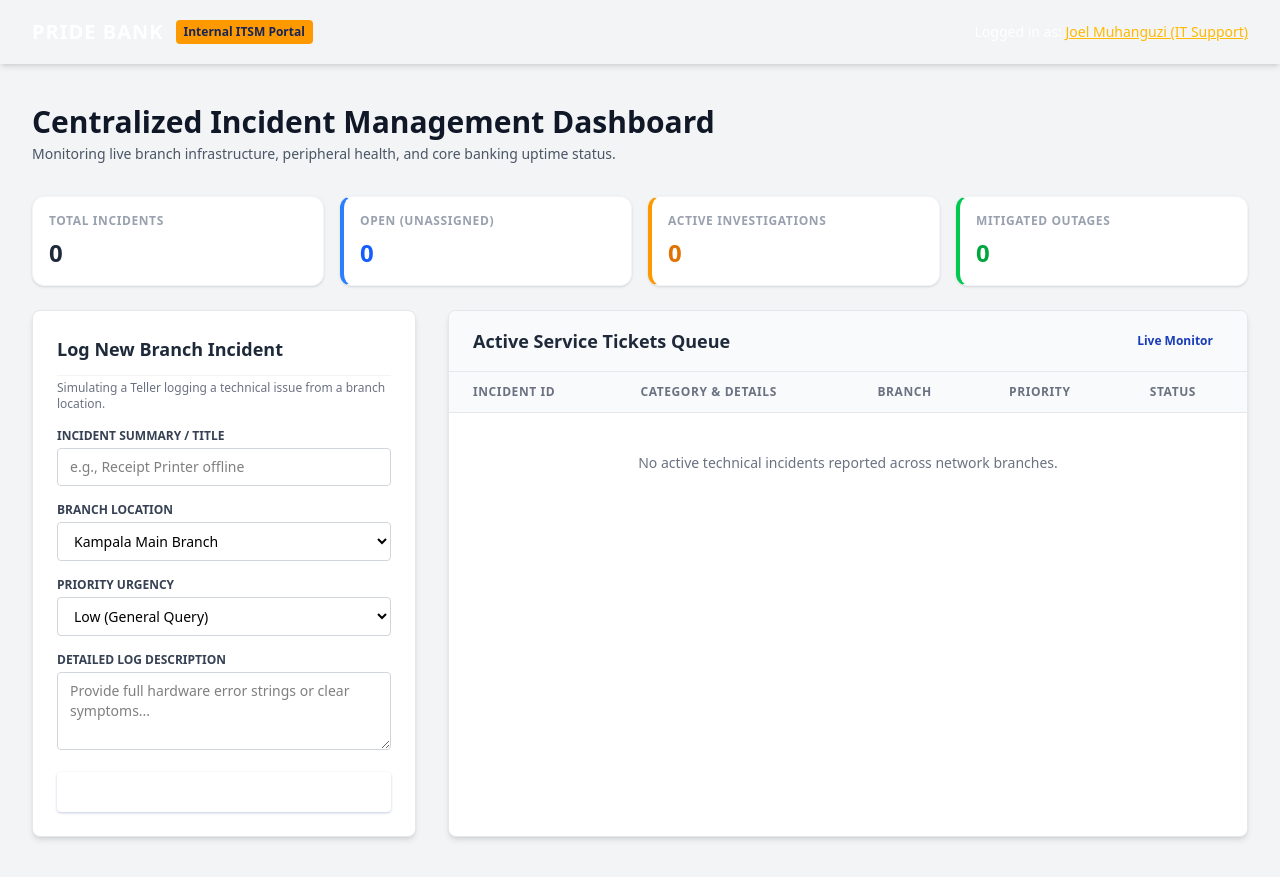
Repository: JOELAGABA/Ticket-reporting-system-for-bank-IT-support-environment-
Page: http://localhost/dashboard
An editor plug-in stored every save of this project. The page is shown before and after a run of saves, followed by the edit.
The browser window is 1280 px wide. The pictures show the whole page.
The page is served by the project's Laravel application, run on PHP 8.4 with Laravel 12. Other server files are loaded and not shown. Queries for data that is not in the repository find no rows.

Above is the page before, as saved 2026-07-13 10:31:04.

### routes/web.php
<?php

use Illuminate\Support\Facades\Route;
use App\Http\Controllers\TicketController;

Route::get('/', function () {
    return view('welcome');
});

// The main IT dashboard view route
Route::get('/dashboard', [TicketController::class, 'index'])->name('dashboard');
// Route for submitting a new IT incident ticket
Route::post('/tickets', [TicketController::class, 'store'])->name('tickets.store');
// Route for updating an incident's operational status inline
Route::patch('/tickets/{ticket}/status', [TicketController::class, 'updateStatus'])->name('tickets.updateStatus');

### app/Http/Controllers/TicketController.php
<?php

namespace App\Http\Controllers;

use App\Models\Ticket;
use App\Models\User;
use Illuminate\Http\Request;

class TicketController extends Controller
{
    /**
     * Display the IT Support Dashboard.
     */
    /**
     * Display the IT Support Dashboard with real-time metrics counters.
     */
    public function index()
    {
        // 1. Fetch all tickets
        $tickets = Ticket::with(['creator', 'assignee'])->orderBy('priority', 'desc')->get();

        // 2. Compute dynamic operational metrics
        $metrics = [
            'total'       => $tickets->count(),
            'open'        => $tickets->where('status', 'Open')->count(),
            'in_progress' => $tickets->where('status', 'In Progress')->count(),
            'resolved'    => $tickets->where('status', 'Resolved')->count(),
        ];

        return view('dashboard', compact('tickets', 'metrics'));
    }

    /**
     * Store a newly created incident ticket in the database.
     */
    public function store(Request $request)
    {
        // 1. Validate the incoming form data
        $validated = $request->validate([
            'title' => 'required|string|max:255',
            'description' => 'required|string',
            'branch_location' => 'required|string|max:255',
            'priority' => 'required|in:Low,Medium,High,Critical',
        ]);

        // 2. Mock the currently logged-in creator for the prototype.
        // We will default this to Sarah (the Teller user we seeded) to simulate a branch reporting it.
        $teller = User::where('role', 'Teller')->first();

        // 3. Create the ticket record
        Ticket::create([
            'title' => $validated['title'],
            'description' => $validated['description'],
            'branch_location' => $validated['branch_location'],
            'priority' => $validated['priority'],
            'status' => 'Open',
            'category' => 'Hardware Outage',
            'user_id' => $teller ? $teller->id : 1,
            'assigned_to' => null,
        ]);

        // 4. Redirect back to the dashboard with a success banner notice
        return redirect()->route('dashboard')->with('success', 'Incident ticket logged successfully into central systems!');
    }

    /**
     * Update the operational status of an existing incident ticket inline.
     */
    public function updateStatus(Request $request, Ticket $ticket)
    {
        // 1. Validate that the incoming status is one of our allowed lifecycle steps
        $validated = $request->validate([
            'status' => 'required|in:Open,In Progress,Resolved',
        ]);

        // 2. If the ticket is being worked on or resolved, assign it to the IT technician.
        // We will default this to the IT Support user for simulation purposes.
        if ($validated['status'] !== 'Open' && !$ticket->assigned_to) {
            $itStaff = User::where('role', 'IT Support')->first();
            $ticket->assigned_to = $itStaff ? $itStaff->id : null;
        } elseif ($validated['status'] === 'Open') {
            // If flipped back to open, clear the assignee
            $ticket->assigned_to = null;
        }

        // 3. Save the status change
        $ticket->update([
            'status' => $validated['status']
        ]);

        // 4. Redirect back to monitor view with a notification
        return redirect()->route('dashboard')->with('success', "Ticket #INC-" . str_pad($ticket->id, 4, '0', STR_PAD_LEFT) . " lifecycle status modified!");
    }
}

### app/Models/ticket.php
<?php

namespace App\Models;

use Illuminate\Database\Eloquent\Factories\HasFactory;
use Illuminate\Database\Eloquent\Model;
use Illuminate\Database\Eloquent\Relations\BelongsTo;
use Illuminate\Database\Eloquent\Relations\HasMany;

class Ticket extends Model
{
    use HasFactory;

    protected $fillable = [
        'title', 'description', 'category', 'priority', 'status', 'branch_location', 'user_id', 'assigned_to'
    ];

    // The Teller who created the ticket
    public function creator(): BelongsTo
    {
        return $this->belongsTo(User::class, 'user_id');
    }

    // The IT Support Staff assigned to it
    public function assignee(): BelongsTo
    {
        return $this->belongsTo(User::class, 'assigned_to');
    }

    // The comments attached to this ticket
    public function comments(): HasMany
    {
        return $this->hasMany(TicketComment::class);
    }
}

### resources/views/dashboard.blade.php
<!DOCTYPE html>
<html lang="en">
<head>
    <meta charset="UTF-8">
    <meta name="viewport" content="width=device-width, initial-scale=1.0">
    <title>Pride Bank - Internal IT Support Portal</title>
    <script src="https://cdn.jsdelivr.net/npm/@tailwindcss/browser@4"></script>
</head>
<body class="bg-gray-100 font-sans antialiased">

    <!-- Top Navigation Bar -->
    <nav class="bg-emrald-800 text-white shadow-md">
        <div class="max-w-7xl mx-auto px-4 sm:px-6 lg:px-8">
            <div class="flex items-center justify-between h-16">
                <div class="flex items-center">
                    <span class="text-xl font-bold tracking-wider">PRIDE BANK</span>
                    <span class="ml-3 px-2 py-1 text-xs bg-amber-500 text-blue-950 font-semibold rounded">Internal ITSM Portal</span>
                </div>
                <div class="text-sm font-medium">
                    Logged in as: <span class="underline text-amber-400">Joel Muhanguzi (IT Support)</span>
                </div>
            </div>
        </div>
    </nav>

    <!-- Main Content Layout -->
    <main class="max-w-7xl mx-auto py-10 px-4 sm:px-6 lg:px-8">

        <!-- Welcome Header -->
        <div class="mb-8">
            <h1 class="text-3xl font-bold text-gray-900">Centralized Incident Management Dashboard</h1>
            <p class="text-sm text-gray-600 mt-1">Monitoring live branch infrastructure, peripheral health, and core banking uptime status.</p>
        </div>

        <!-- System Success Alerts -->
        @if(session('success'))
            <div class="mb-6 p-4 bg-green-100 border-l-4 border-green-500 text-green-700 rounded shadow-sm text-sm font-medium">
                {{ session('success') }}
            </div>
        @endif

        <!-- Real-Time Infrastructure Health Metrics Grid -->
<div class="grid grid-cols-1 md:grid-cols-4 gap-4 mb-6">
    <!-- Total Tickets -->
    <div class="bg-white p-4 rounded-xl border border-gray-100 shadow-sm flex flex-col justify-between">
        <span class="text-xs font-semibold text-gray-400 uppercase tracking-wider">Total Incidents</span>
        <span class="text-2xl font-bold text-gray-800 mt-2">{{ $metrics['total'] }}</span>
    </div>

    <!-- Open Tickets -->
    <div class="bg-white p-4 rounded-xl border border-l-4 border-l-blue-500 border-gray-100 shadow-sm flex flex-col justify-between">
        <span class="text-xs font-semibold text-gray-400 uppercase tracking-wider">Open (Unassigned)</span>
        <span class="text-2xl font-bold text-blue-600 mt-2">{{ $metrics['open'] }}</span>
    </div>

    <!-- In Progress Tickets -->
    <div class="bg-white p-4 rounded-xl border border-l-4 border-l-amber-500 border-gray-100 shadow-sm flex flex-col justify-between">
        <span class="text-xs font-semibold text-gray-400 uppercase tracking-wider">Active Investigations</span>
        <span class="text-2xl font-bold text-amber-600 mt-2">{{ $metrics['in_progress'] }}</span>
    </div>

    <!-- Resolved Tickets -->
    <div class="bg-white p-4 rounded-xl border border-l-4 border-l-green-500 border-gray-100 shadow-sm flex flex-col justify-between">
        <span class="text-xs font-semibold text-gray-400 uppercase tracking-wider">Mitigated Outages</span>
        <span class="text-2xl font-bold text-green-600 mt-2">{{ $metrics['resolved'] }}</span>
    </div>
</div>

        <!-- Grid Layout for Form & Live Monitor -->
        <div class="grid grid-cols-1 lg:grid-cols-3 gap-8">

            <!-- Left Side: Incident Reporting Form Card -->
            <div class="bg-white shadow-md rounded-lg border border-gray-200 p-6 h-fit">
                <h2 class="text-lg font-bold text-gray-800 mb-1 border-b border-gray-100 pb-3">Log New Branch Incident</h2>
                <p class="text-xs text-gray-500 mb-4">Simulating a Teller logging a technical issue from a branch location.</p>

                <form action="{{ route('tickets.store') }}" method="POST" class="space-y-4">
                    @csrf
                    <div>
                        <label class="block text-xs font-semibold text-gray-700 uppercase mb-1">Incident Summary / Title</label>
                        <input type="text" name="title" placeholder="e.g., Receipt Printer offline" required
                            class="w-full text-sm border border-gray-300 rounded px-3 py-2 focus:outline-none focus:border-blue-500">
                    </div>

                    <div>
                        <label class="block text-xs font-semibold text-gray-700 uppercase mb-1">Branch Location</label>
                        <select name="branch_location" required class="w-full text-sm border border-gray-300 rounded px-3 py-2 focus:outline-none focus:border-blue-500">
                            <option value="Kampala Main Branch">Kampala Main Branch</option>
                            <option value="Jinja Branch">Jinja Branch</option>
                            <option value="Entebbe Branch">Entebbe Branch</option>
                            <option value="Mbarara Branch">Mbarara Branch</option>
                        </select>
                    </div>

                    <div>
                        <label class="block text-xs font-semibold text-gray-700 uppercase mb-1">Priority Urgency</label>
                        <select name="priority" required class="w-full text-sm border border-gray-300 rounded px-3 py-2 focus:outline-none focus:border-blue-500">
                            <option value="Low">Low (General Query)</option>
                            <option value="Medium">Medium (Operational Flaw)</option>
                            <option value="High">High (Hardware Outage)</option>
                            <option value="Critical">Critical (Core System Down)</option>
                        </select>
                    </div>

                    <div>
                        <label class="block text-xs font-semibold text-gray-700 uppercase mb-1">Detailed Log Description</label>
                        <textarea name="description" rows="3" placeholder="Provide full hardware error strings or clear symptoms..." required
                            class="w-full text-sm border border-gray-300 rounded px-3 py-2 focus:outline-none focus:border-blue-500"></textarea>
                    </div>

                    <button type="submit" class="w-full bg-emrald-900 text-white hover:bg-emrald-800 font-semibold text-sm py-2.5 px-4 rounded transition-colors shadow shadow-blue-900/20">
                        Dispatch to IT Queue
                    </button>
                </form>
            </div>

            <!-- Right Side: Active Service Tickets Monitor Table -->
            <div class="lg:grid-cols-1 lg:col-span-2 bg-white shadow-md rounded-lg overflow-hidden border border-gray-200">
                <div class="bg-gray-50 px-6 py-4 border-b border-gray-200 flex justify-between items-center">
                    <h2 class="text-lg font-semibold text-gray-800">Active Service Tickets Queue</h2>
                    <span class="px-2.5 py-0.5 text-xs font-semibold bg-emrald-100 text-blue-800 rounded-full">Live Monitor</span>
                </div>

                <div class="overflow-x-auto">
                    <table class="min-w-full divide-y divide-gray-200">
                        <thead class="bg-gray-50 text-left text-xs font-medium text-gray-500 uppercase tracking-wider">
                            <tr>
                                <th class="px-6 py-3">Incident ID</th>
                                <th class="px-6 py-3">Category & Details</th>
                                <th class="px-6 py-3">Branch</th>
                                <th class="px-6 py-3">Priority</th>
                                <th class="px-6 py-3">Status</th>
                            </tr>
                        </thead>
                        <tbody class="bg-white divide-y divide-gray-200 text-sm">
                            @forelse($tickets as $ticket)
                                <tr class="hover:bg-gray-50 transition-colors">
                                    <td class="px-6 py-4 whitespace-nowrap font-mono text-gray-600 font-bold">
                                        #INC-{{ str_pad($ticket->id, 4, '0', STR_PAD_LEFT) }}
                                    </td>
                                    <td class="px-6 py-4">
                                        <div class="font-semibold text-gray-900">{{ $ticket->title }}</div>
                                        <div class="text-gray-500 text-xs mt-0.5">{{ $ticket->description }}</div>
                                        <div class="text-xs text-gray-400 mt-1">Reported by: {{ $ticket->creator->name ?? 'System' }} ({{ $ticket->creator->role ?? 'User' }})</div>
                                    </td>
                                    <td class="px-6 py-4 whitespace-nowrap text-gray-700 text-xs">
                                        {{ $ticket->branch_location }}
                                    </td>
                                    <td class="px-6 py-4 whitespace-nowrap">
                                        @if($ticket->priority === 'Critical')
                                            <span class="px-2 py-0.5 text-[10px] font-bold rounded bg-red-100 text-red-800 animate-pulse border border-red-200">CRITICAL</span>
                                        @elseif($ticket->priority === 'High')
                                            <span class="px-2 py-0.5 text-[10px] font-semibold rounded bg-orange-100 text-orange-800">HIGH</span>
                                        @elseif($ticket->priority === 'Medium')
                                            <span class="px-2 py-0.5 text-[10px] font-semibold rounded bg-yellow-100 text-yellow-800">MEDIUM</span>
                                        @else
                                            <span class="px-2 py-0.5 text-[10px] font-semibold rounded bg-green-100 text-green-800">LOW</span>
                                        @endif
                                    </td>
                                    <td class="px-6 py-4 whitespace-nowrap">
                                        <form action="{{ route('tickets.updateStatus', $ticket->id) }}" method="POST" class="inline-block">
                                            @csrf
                                            @method('PATCH')
                                            <select name="status" onchange="this.form.submit()"
                                                class="text-xs font-semibold rounded-full px-2.5 py-1 focus:outline-none border border-transparent cursor-pointer
                                                @if($ticket->status === 'Open') bg-emrald-100 text-blue-700 border-blue-200
                                                @elseif($ticket->status === 'In Progress') bg-amber-100 text-amber-700 border-amber-200
                                                @else bg-green-100 text-green-700 border-green-200 @endif">
                                                <option value="Open" {{ $ticket->status === 'Open' ? 'selected' : '' }}>Open</option>
                                                <option value="In Progress" {{ $ticket->status === 'In Progress' ? 'selected' : '' }}>In Progress</option>
                                                <option value="Resolved" {{ $ticket->status === 'Resolved' ? 'selected' : '' }}>Resolved</option>
</select>
</form>
                                    </td>
                                </tr>
                            @empty
                                <tr>
                                    <td colspan="5" class="px-6 py-10 text-center text-gray-500">
                                        No active technical incidents reported across network branches.
                                    </td>
                                </tr>
                            @endforelse
                        </tbody>
                    </table>
                </div>
            </div>

        </div>
    </main>

</body>
</html>

Loaded but not shown: app/Http/Controllers/Controller.php (common file)

After the next 7 saves:
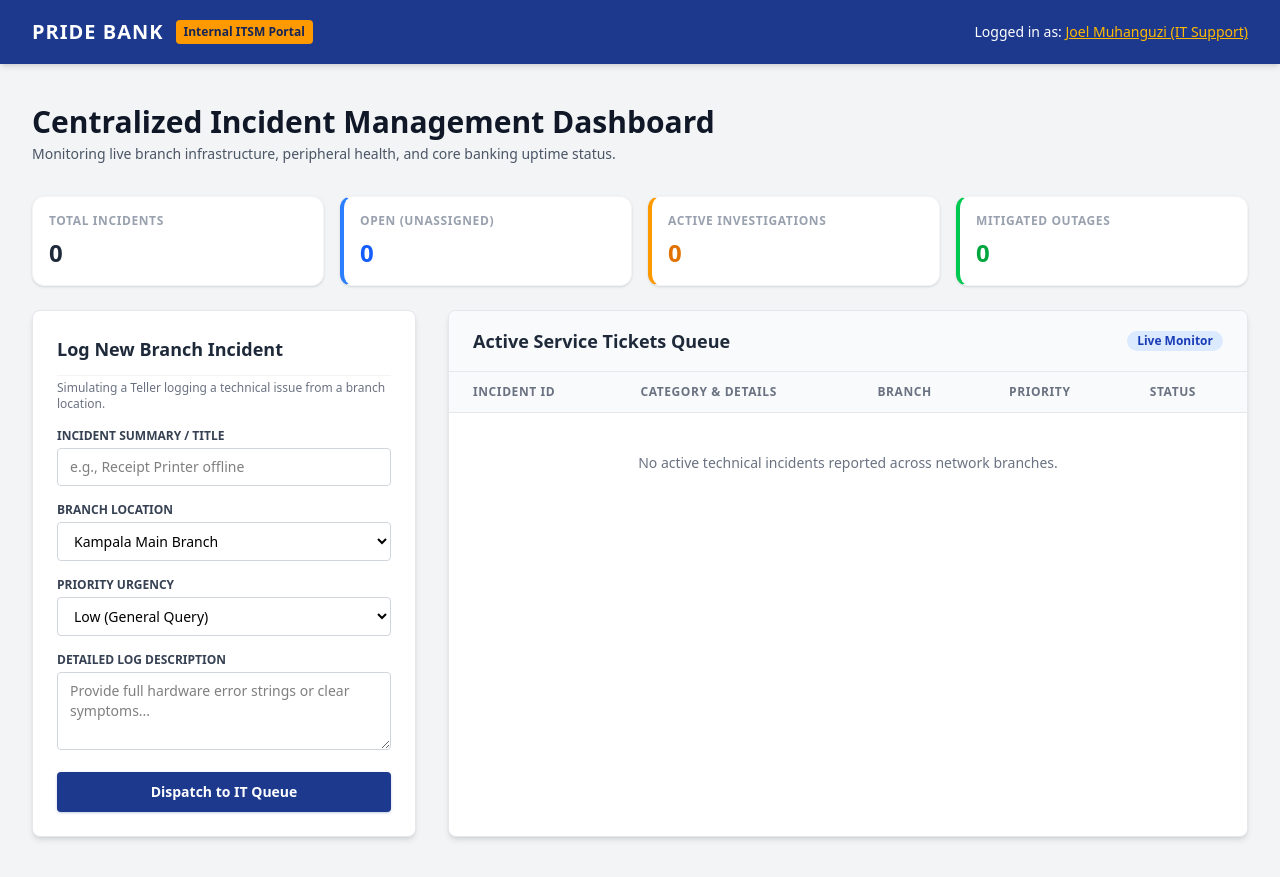
The 7 saves are shown as one change because they came seconds apart.
The last was saved 35 s later.
--- a/resources/views/dashboard.blade.php
+++ b/resources/views/dashboard.blade.php
@@ -9,7 +9,7 @@
 <body class="bg-gray-100 font-sans antialiased">
 
     <!-- Top Navigation Bar -->
-    <nav class="bg-emrald-800 text-white shadow-md">
+    <nav class="bg-blue-900 text-white shadow-md">
         <div class="max-w-7xl mx-auto px-4 sm:px-6 lg:px-8">
             <div class="flex items-center justify-between h-16">
                 <div class="flex items-center">
@@ -108,7 +108,7 @@
                             class="w-full text-sm border border-gray-300 rounded px-3 py-2 focus:outline-none focus:border-blue-500"></textarea>
                     </div>
 
-                    <button type="submit" class="w-full bg-emrald-900 text-white hover:bg-emrald-800 font-semibold text-sm py-2.5 px-4 rounded transition-colors shadow shadow-blue-900/20">
+                    <button type="submit" class="w-full bg-blue-900 text-white hover:bg-blue-800 font-semibold text-sm py-2.5 px-4 rounded transition-colors shadow shadow-blue-900/20">
                         Dispatch to IT Queue
                     </button>
                 </form>
@@ -118,7 +118,7 @@
             <div class="lg:grid-cols-1 lg:col-span-2 bg-white shadow-md rounded-lg overflow-hidden border border-gray-200">
                 <div class="bg-gray-50 px-6 py-4 border-b border-gray-200 flex justify-between items-center">
                     <h2 class="text-lg font-semibold text-gray-800">Active Service Tickets Queue</h2>
-                    <span class="px-2.5 py-0.5 text-xs font-semibold bg-emrald-100 text-blue-800 rounded-full">Live Monitor</span>
+                    <span class="px-2.5 py-0.5 text-xs font-semibold bg-blue-100 text-blue-800 rounded-full">Live Monitor</span>
                 </div>
 
                 <div class="overflow-x-auto">
@@ -163,7 +163,7 @@
                                             @method('PATCH')
                                             <select name="status" onchange="this.form.submit()"
                                                 class="text-xs font-semibold rounded-full px-2.5 py-1 focus:outline-none border border-transparent cursor-pointer
-                                                @if($ticket->status === 'Open') bg-emrald-100 text-blue-700 border-blue-200
+                                                @if($ticket->status === 'Open') bg-blue-100 text-blue-700 border-blue-200
                                                 @elseif($ticket->status === 'In Progress') bg-amber-100 text-amber-700 border-amber-200
                                                 @else bg-green-100 text-green-700 border-green-200 @endif">
                                                 <option value="Open" {{ $ticket->status === 'Open' ? 'selected' : '' }}>Open</option>
